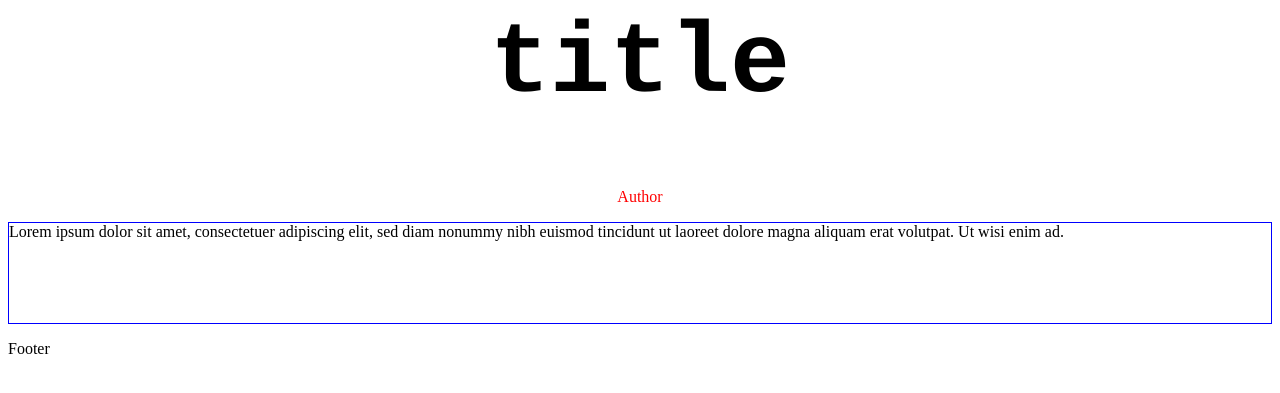
Repository: jeffbartow/productschool
Page: index.html
The author's editor kept a record of every edit. The page is drawn from the files as they stood at one moment, then again after the next edit.
The browser window is 1280 px wide. The pictures show the whole page.

Above is the page before.

### index.html
<html>
    <head>
        <title>my test webpage</title>
        <style type="text/css">
            .byline {
                text-align: center;
                color: red;
            }

        <style type="text/css">
            p {
                color: green;
            }


            .article {
                border-width: 1px;
                border-style: solid;
                border-color: blue;
                height: 100px;
            }

                    .footer{
                border-width: 1px;
                border-style: solid;
                border-color: red;
            }
        </style>
    </head>
    <body>
        <div>
            <h1 style="font-family: Courier;font-size: 100px;text-align: center">title</h1>
            <p class = "byline">Author</p>
            <p class="article">
                Lorem ipsum dolor sit amet, consectetuer adipiscing elit,
    			sed diam nonummy nibh euismod tincidunt ut laoreet dolore
    			magna aliquam erat volutpat. Ut wisi enim ad.
            </p>
            <span class "footer">
                Footer
            </span>

        </div>
    </body>
</html>

After the next edit:
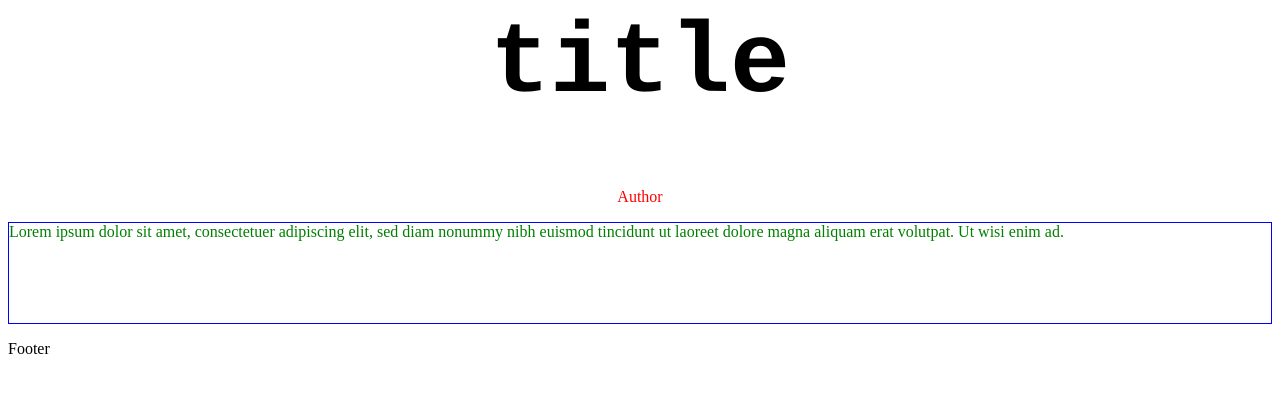
The edit:
--- a/index.html
+++ b/index.html
@@ -7,8 +7,7 @@
                 color: red;
             }
 
-        <style type="text/css">
-            p {
+                    p {
                 color: green;
             }
 
